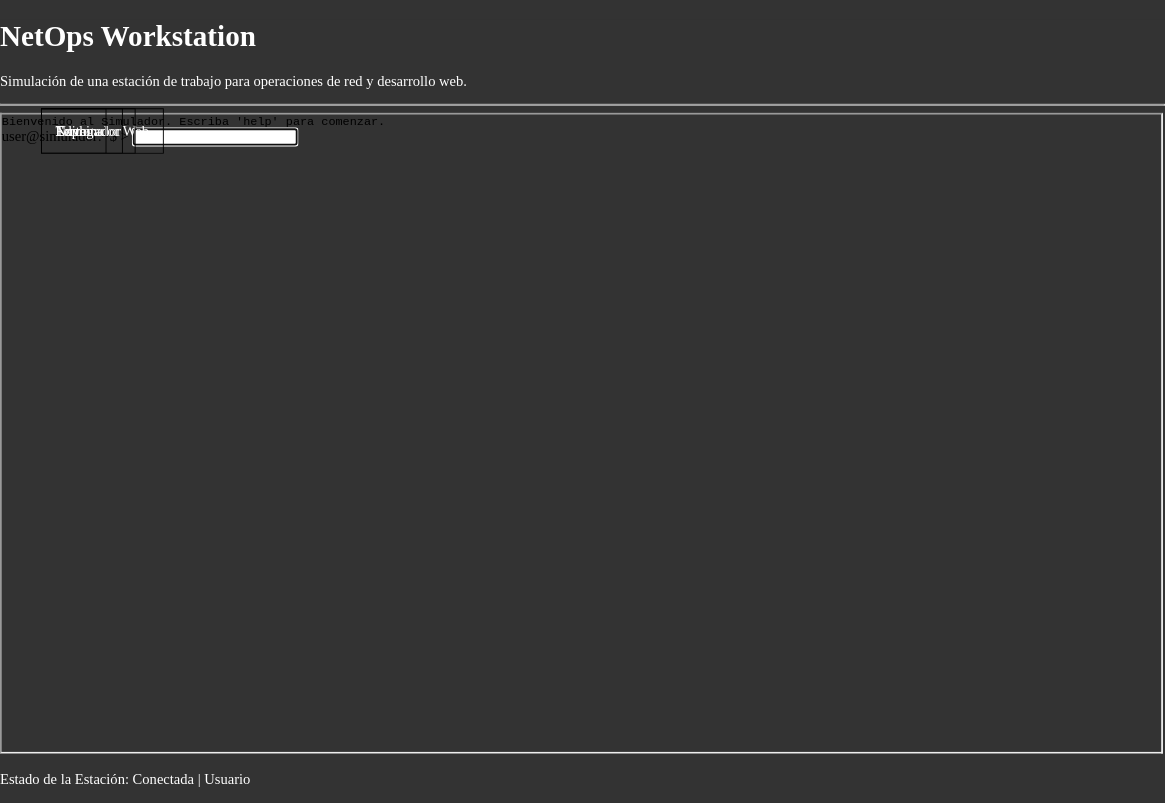
Repository: ValdezGalia/ProgramacionWebUcab
Page: lan-01.html
An editor plug-in stored every save of this project. The page is shown before and after a run of saves, followed by the edit.
The browser window is 1280 px wide. The pictures show the whole page, at 91% of full size.

Above is the page before, as saved 2025-11-13 16:15:36.

### lan-01.html
<!DOCTYPE html>
<html lang="es">

<head>
    <meta charset="UTF-8">
    <meta name="viewport" content="width=device-width, initial-scale=1.0">
    <meta name="author" content="Orlando Valdez / Jenry Youssef / Oscar Torres">
    <link rel="stylesheet" href="/style/lan-01.css">
    <title>NetOps Workstation: Estación de Trabajo</title>
</head>

<body>

    <header>
        <h1>NetOps Workstation</h1>
        <p>Simulación de una estación de trabajo para operaciones de red y desarrollo web.</p>
    </header>

    <main id="workstation-container">

        <nav id="app-navigation" aria-label="Aplicaciones de la estación de trabajo">
            <ul id="app-list">
                <li><a href="#" data-tool="lineaComandos">Terminal</a></li>
                <li><a href="#" data-tool="navegador">Navegador Web</a></li>
                <li><a href="#" data-tool="exploradorArchivos">Explorador</a></li>
                <li><a href="#" data-tool="editorArchivo">Editor</a></li>
            </ul>
        </nav>

        <hr>
        <!-- Contenedor de herramientas de forma dinamica y sostenible -->
        <section id="application-display">
            <iframe id="tool-iframe" src="pages/lineaComandos.html" sandbox="allow-scripts allow-same-origin"
                title="Aplicación interactiva" width="99.5%" height="700px"></iframe>
        </section>

    </main>

    <footer aria-label="Estado y Diagnóstico">
        <p>Estado de la Estación: Conectada | <span class="user">Usuario</span></p>
    </footer>

    <script>
        document.addEventListener('DOMContentLoaded', () => {
            const iframe = document.getElementById('tool-iframe');
            const navLinks = document.querySelectorAll('#app-list a');

            navLinks.forEach(link => {
                link.addEventListener('click', (event) => {
                    event.preventDefault();

                    const toolName = event.target.dataset.tool;
                    const newSrc = `pages/${toolName}.html`;

                    iframe.src = newSrc;

                    /*Esto aun no hace nada ya que aun no se implementa la logica que distige la clase active*/
                    navLinks.forEach(navLink => navLink.classList.remove('active'));
                    event.target.classList.add('active');
                });
            });
        });
    </script>

</body>

</html>

### style/lan-01.css
html, body{
    padding: 0;
    margin: 0;
    background-color: #333;
    color: white
}

nav ul li{
    list-style: none;
}

nav ul li a{
    position: absolute;
    text-decoration: none;
    color: white;
    padding: 15px 15px;
    margin: 5px;
    border: 1px solid black;
}

### pages/lineaComandos.html
<!DOCTYPE html>
<html lang="es">
<head>
    <meta charset="UTF-8">
    <meta name="viewport" content="width=device-width, initial-scale=1.0">
    <meta name="description" content="Un linea de comandos (CLI) basada en diseño de la de linux">
    <link rel="stylesheet" href="/style/commandline.css">
    <title>Linea de comandos</title>
</head>
<body>
    <div id="terminal-window">
        <pre id="terminal-output">Bienvenido al Simulador. Escriba 'help' para comenzar.</pre>

        <div id="command-line">
            <span id="prompt">user@simulador:~$ > </span>
            <input type="text" id="command-input" autofocus>
        </div>
    </div>
</body>
</html>

### style/commandline.css
* {
    margin: 0px;
    padding: 0px;
}

html, body{
    margin: 0;
    padding: 0;
    width: 100%;
    height: 100%;
    overflow: hidden;
    background-color: #333;
}

textarea{
    display: block;
    display: block;
    width: 100%;
    height: 100%;
    box-sizing: border-box;
    border: none;
    outline: none;
    resize: none;
    font-family: monospace;
    padding: 10px;
    background-color: #2036;
    color: white;
}

After the next 2 saves:
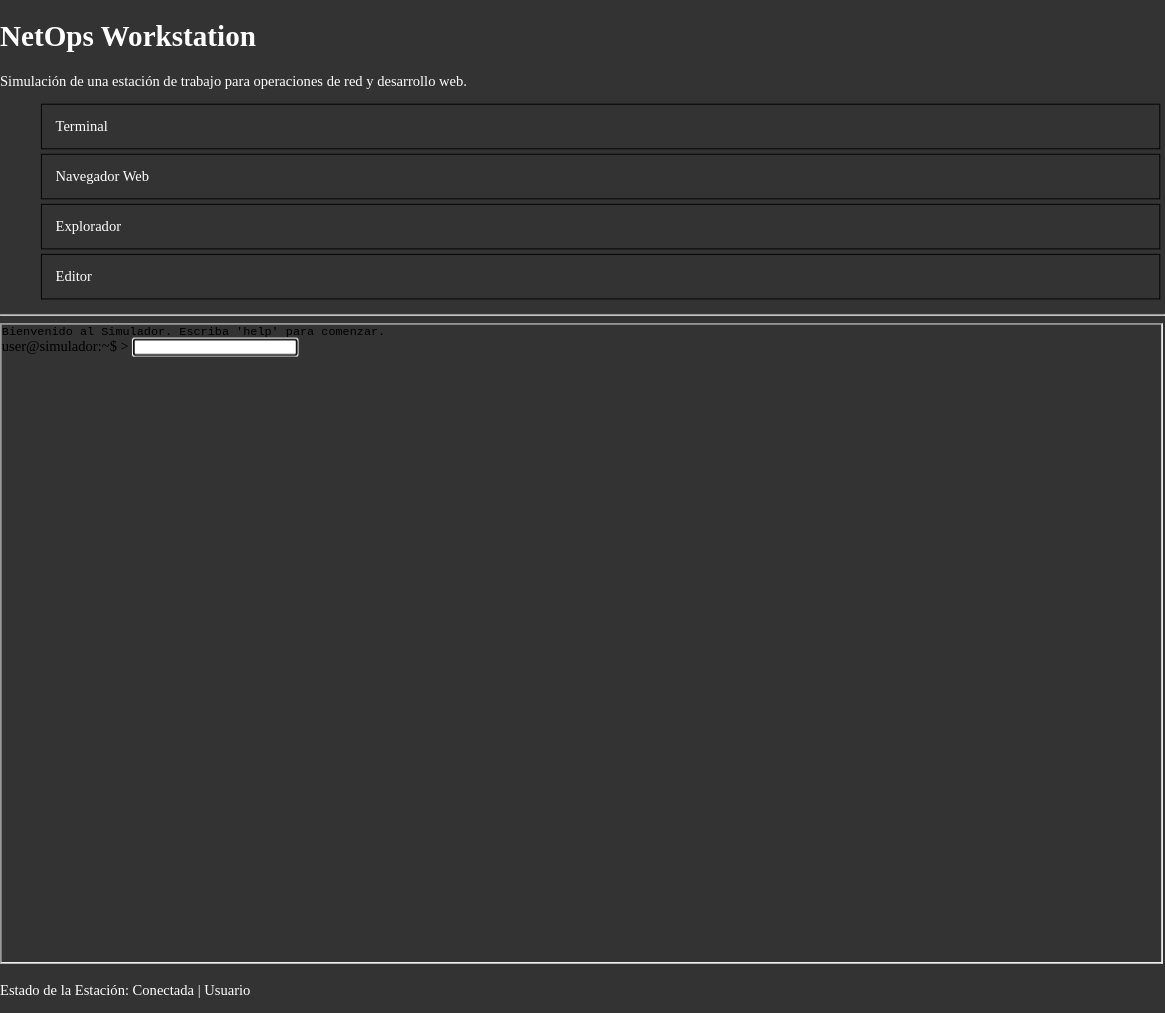
The 2 saves are shown as one change because they came seconds apart.
The last was saved 25 s later.
--- a/style/lan-01.css
+++ b/style/lan-01.css
@@ -10,7 +10,7 @@ nav ul li{
 }
 
 nav ul li a{
-    position: absolute;
+    display: flex;
     text-decoration: none;
     color: white;
     padding: 15px 15px;
